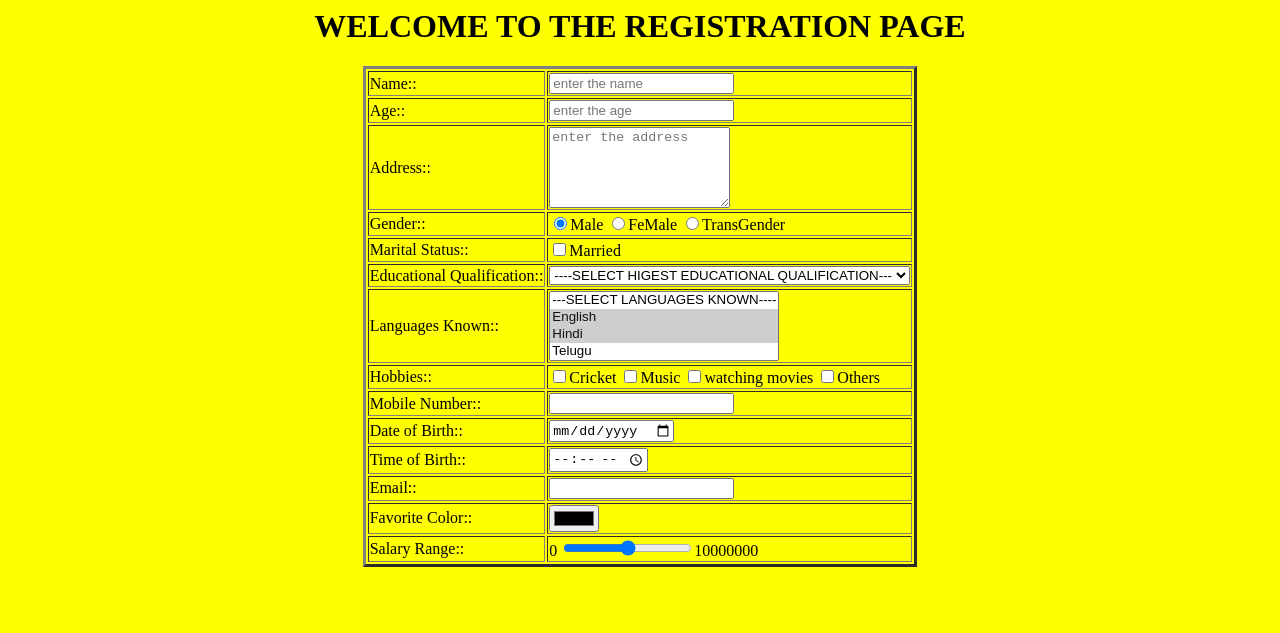
Repository: shivaramkrishna53/SERVLET_PROJECTS
Page: proj12-WorkingWithDifferentFormComponents-RegistrationApp/WebContent/input.html
An editor plug-in stored every save of this project. The page is shown before and after the next save, followed by the edit.
The browser window is 1280 px wide. The pictures show the whole page.

Above is the page before, as saved 2021-01-12 15:13:25.

### proj12-WorkingWithDifferentFormComponents-RegistrationApp/WebContent/input.html
<html>
<head>
<title>Registration</title>
</head>
<body bgcolor="yellow">
<center>
<h1 >WELCOME TO THE REGISTRATION PAGE</h1>
<form action="registrationurl" method="post">
<table border="3">
<tr>
<td>Name::</td>
<td>
<input type="text" name="pname" placeholder="enter the name"/>
</td>
</tr>
<tr>
<td>Age::</td>
<td>
<input type="number" name="page" placeholder="enter the age"/>
</td>
</tr>
<tr>
<td>Address::</td>
<td>
<textarea rows="5" cols="20" placeholder="enter the address" name="address"></textarea>
</td>
</tr>
<tr>
<td>Gender::</td>
<td>
<input type="radio" name="gender" value="M" checked>Male
<input type="radio" name="gender" value="F">FeMale
<input type="radio" name="gender" value="T">TransGender
</td>
</tr>
<tr>
<td>Marital Status::</td>
<td>
<input type="checkbox" value="Married">Married
</td>
</tr>
<tr>
<td>
Educational Qualification::
</td>
<td>
<select name="education">
<option>----SELECT HIGEST EDUCATIONAL QUALIFICATION---</option>
<option value="btech">B.TECH</option>
<option value="mbbs">MBBS</option>
<option value="bcom">B.COM</option>
<option value="bpharmacy">B.PHARMACY</option>
</select>
</td>
</tr>
<tr>
<td>Languages Known::</td>
<td>
<select name="languages" multiple>
<option>---SELECT LANGUAGES KNOWN----</option>
<option value="english" selected>English</option>
<option value="hindi" selected>Hindi</option>
<option value="telugu">Telugu</option>
<option value="tamil">Tamil</option>
<option value="bengali">Bengali</option>
<option value="marathi">Marathi</option>
<option value="kanada">Kanada</option>
</select>
</td>
</tr>
<tr>
<td>Hobbies::</td>
<td>
<input type="checkbox" name="hobbies" value="cricket">Cricket
<input type="checkbox" name="hobbies" value="music">Music
<input type="checkbox" name="hobbies" value="watching movies">watching movies
<input type="checkbox" name="hobbies" value="others">Others
</td>
</tr>
<tr>
<td>Mobile Number::</td>
<td>
<input type="tel" name="mobile">
</td>
</tr>
<tr>
<td>Date of Birth::</td>
<td>
<input type="date" name="dob">
</td>
</tr>
<tr>
<td>Time of Birth::</td>
<td>
<input type="time" name="tob">
</td>
</tr>
<tr>
<td>Email::</td>
<td>
<input type="email" name="emailid">
</td>
</tr>
<tr>
<td>Favorite Color::</td>
<td>
<input type="color" name="color">
</td>
</tr>
<tr>
<td>Salary Range::</td>
<td>0 <input type="range" name="salary">10000000
</td>
</tr>
</table>
</form>
</center>
</body>
</html>

After the next save:
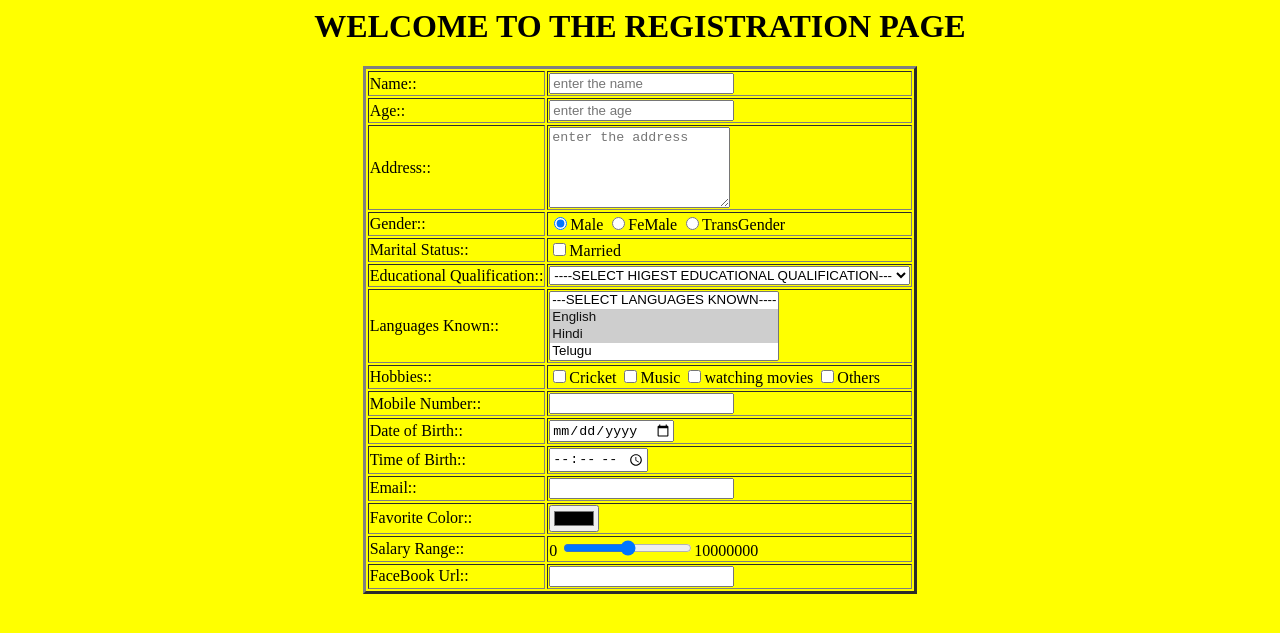
Saved 108 s later.
--- a/proj12-WorkingWithDifferentFormComponents-RegistrationApp/WebContent/input.html
+++ b/proj12-WorkingWithDifferentFormComponents-RegistrationApp/WebContent/input.html
@@ -112,6 +112,12 @@ Educational Qualification::
 <td>0 <input type="range" name="salary">10000000
 </td>
 </tr>
+<tr>
+<td>FaceBook Url::</td>
+<td>
+<input type="url" name="fburl">
+</td>
+</tr>
 </table>
 </form>
 </center>
